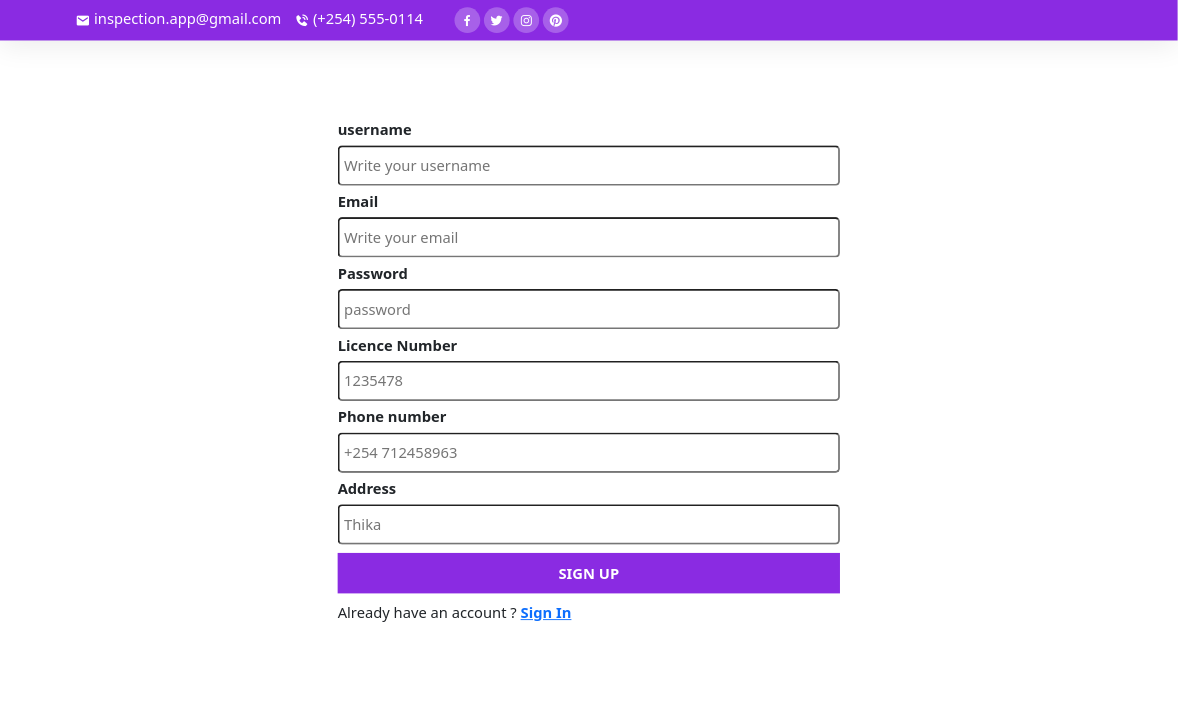
Repository: NDISHAW/Inspectionapp-rails
Page: public/signup.html
The author's editor kept a copy of each file at every save. The page is drawn from the files as they stood at one save, then again after a run of saves.
The browser window is 1280 px wide. The pictures show the whole page, at 92% of full size.

Above is the page before, as saved 2022-10-09 04:19:08.

### public/signup.html
<!DOCTYPE html>
<html lang="en">
  <head>
    <meta charset="UTF-8" />
    <meta http-equiv="X-UA-Compatible" content="IE=edge" />
    <meta name="viewport" content="width=device-width, initial-scale=1.0" />
    <title>Sign up</title>
    <link rel="stylesheet" href="css/style.css">
    <link rel="stylesheet" href="css/bootstrap.min.css">
    <link rel="stylesheet" href="css/owl.carousel.min.css">
    <link rel="stylesheet" href="css/owl.theme.default.min.css">
    <link href='https://unpkg.com/boxicons@2.1.1/css/boxicons.min.css' rel='stylesheet'>

    <script src="/js/axios/dist/axios.min.js"></script>
  </head>
  <body data-bs-spy="scroll" data-bs-target=".navbar" data-bs-offset="70">


      <!-- TOP NAV -->
      <div class="top-nav navbar" id="home">
          <div class="container">
              <div class="row justify-content-between">
                  <div class="col-auto">
                      <p> <i class='bx bxs-envelope'></i> inspection.app@gmail.com</p>
                      <p> <i class='bx bxs-phone-call'></i> (+254) 555-0114</p>
                  </div>
                  <div class="col-auto social-icons">
                      <a href="#"><i class='bx bxl-facebook'></i></a>
                      <a href="#"><i class='bx bxl-twitter'></i></a>
                      <a href="#"><i class='bx bxl-instagram'></i></a>
                      <a href="#"><i class='bx bxl-pinterest'></i></a>
                  </div>
              </div>
          </div>
      </div>
    <section id="about">
      <div class="container">
    <div class="row justify-content-center">
      <div class="col-6 flex">
      <!-- username  -->
      <div class="username">
        <label for="username">username</label>
        <input
          type="username"
          name="username"
          id="username"
          placeholder="Write your username"
        />
      </div>
      <!-- Email  -->
      <div class="email">
        <label for="email">Email</label>
        <input
          type="email"
          name="email"
          id="email"
          placeholder="Write your email"
        />
      </div>
      <!-- passWord -->
      <div class="pass">
        <label for="password">Password</label>
        <input
          type="password"
          name="password"
          id="password"
          placeholder="password"
        />
      </div>
      <!-- licence_no -->
      <div class="pass">
        <label for="licence_no">Licence Number</label>
        <input
          name="licence_no"
          id="licence_no"
          placeholder="1235478"
        />
      </div>

      <!-- phone -->
      <div class="pass">
        <label for="phone">Phone number</label>
        <input
          name="phone"
          id="phone"
          placeholder="+254 712458963"
        />
      </div>

      <!-- address -->
      <div class="pass">
        <label for="address">Address</label>
        <input
          type="address"
          name="address"
          id="address"
          placeholder="Thika"
        />
      </div>
      <!-- Rails button -->
      <!-- <button id="submit-btn" onclick="rails()">Rails test</button> -->
      <!-- Sign Up button -->
      <button id="submit-btn" onclick="signUp();">Sign Up</button>
      <!-- Sign In option -->
      <p>Already have an account ?</p>
      <span><a href="signIn.html">Sign In</a></span>
    </div>
    </div>
    </div>
    </section>
  </div>
    <script src="main.js"></script>
  </body>
</html>

### public/css/style.css
@import url('https://fonts.googleapis.com/css2?family=Barlow:wght@400;500;600;700&display=swap');

:root {
    --brand: blueviolet;
    --dark: #092032;
    --body: #516171;
    --border: rgba(0,0,0,0.08);
    --shadow: 0px 6px 30px rgba(0, 0, 0, 0.08);

}

body {
    font-family: "Barlow", sans-serif;
    color: var(--body);
    line-height: 1.7;
}

h1,h2,h3,h4,h5,h6,
.display-1,.display-2,.display-3,.display-4 {
    font-weight: 700;
    color: var(--dark);
}

.bg-cover {
    background-size: cover;
    background-position: center;
    background-repeat: no-repeat;
}

img {
    width: 100%;
}

a {
    color: var(--dark);
    transition: all 0.4s ease;
    font-weight: 500;
}

a:hover {
    color: var(--brand);
}

section {
    padding-top: 80px;
    padding-bottom: 80px;
}

.text-brand {
    color: var(--brand) !important;
}


.hero-slider .owl-prev,
.hero-slider .owl-next{
    background-color: rgba(255, 255, 255, 0.3) !important;
    width: 60px !important;
    height: 60px !important;
    display: block;
    display: grid;
    place-items: center;
    color: #fff !important;
    border-radius: 100px;
    line-height: 0;
    border-radius: 100px !important;
    position: absolute;
    top: 50%;
    font-weight: 600 !important;
    font-size: 12px !important;
    transition: all 0.4s ease;
    margin-top: -30px !important;
}

.owl-prev {
    left: 0;
}
.owl-next {
    right: 0;
}

.hero-slider .owl-prev:hover,
.hero-slider .owl-next:hover {
    background-color: var(--brand) !important;
}

.owl-dot.active span{
    background-color: var(--brand) !important;
}


 /* slide */
 .slide {
     min-height: 100vh;
     display: flex;
     align-items: center;
     justify-content: center;
     position: relative;
}

.slide1 {
    background: linear-gradient(rgba(0, 0, 0, 0.4), rgba(0, 0, 0, 0.4)), url(../img/mec2.jpg);
    background-size: cover;
    background-position: center;
    background-repeat: no-repeat;
}

.slide2 {
    background: linear-gradient(rgba(0, 0, 0, 0.4), rgba(0, 0, 0, 0.4)), url(../img/world3.jpg);
    background-size: cover;
    background-position: center;
    background-repeat: no-repeat;
}

.slide .display-3 {
    text-transform: uppercase;
    color: #fff;
}

/* navbar */
.top-nav {
    background-color: var(--brand);
    color: #fff;
    padding-top: 5px;
    padding-bottom: 5px;
}

.top-nav p {
    display: inline-block;
    margin-bottom: 0;
    margin-right: 10px;
}

.top-nav span,
.top-nav i {
    vertical-align: middle;
}

.navbar {
    box-shadow: var(--shadow);
}

.social-icons a {
    width: 28px;
    height: 28px;
    display: inline-flex;
    color: #fff;
    background-color: rgba(255, 255, 255, 0.25);
    text-decoration: none;
    align-items: center;
    justify-content: center;
    border-radius: 100px;
}

.social-icons a:hover {
    background-color: #fff;
    color: var(--brand);
}

.navbar .navbar-nav .nav-link {
    color: var(--dark);
}

.navbar .navbar-nav .nav-link:hover {
    color: var(--brand);
}

.navbar .navbar-nav .nav-link.active {
    color: var(--brand);
}

.navbar-brand {
    font-size: 28px;
    font-weight: 700;
}

.navbar-brand .dot {
    color: var(--brand);
}

.btn {
    padding: 8px 26px;
}

.btn-brand {
    border-color: var(--brand);
    background-color: var(--brand);
    color: #fff;
}

.btn-brand:hover {
    background-color: #d64022;
    border-color: #d64022;
    color: #fff;
}

.intro {margin-bottom: 36px;
text-align: center;}

.intro p {
    max-width: 500px;
}
.intro h6{
    color: var(--brand);
    font-weight: 400;
    text-transform: uppercase;
}

.intro h1 {
    margin-top: 15px;
    margin-bottom: 15px;
}

.info-box {
    align-items: center;
    display: flex;
}

.info-box img {
    width: 90px;
}


#milestone {
    background: linear-gradient(rgba(136, 42, 143, 0.85), rgba(48, 181, 123, 0.85)), url(../img/inspe.jpg);
    background-size: cover;
    background-position: center;
    background-repeat: no-repeat;
}

#milestone h1,
#milestone p {
    color: #fff;
}

.service {
    padding: 32px;
    background-color: #fff;
    box-shadow: var(--shadow);
}

.service h5 {
    margin-top: 24px;
    margin-bottom: 14px;
}

.service img {
    width: 90px;
}


.project {
    position: relative;
    overflow: hidden;
    z-index: 2;
}

.project h6 {
    font-weight: 400;
}

.project h6::before {
    content: "";
    height: 2px;
    width: 30px;
    display: inline-block;
    background: var(--brand);
    vertical-align: middle;
    margin-right: 10px;
}


.project .overlay {
    width: 100%;
    height: 220px;
    position: absolute;
    bottom: 0;
    left: 0;
    background: linear-gradient(180deg, rgba(255, 76, 41, 0) 0%, var(--dark) 100%);
}

.project .content {
    position: absolute;
    left: 10%;
    bottom: 10%
}

.project h2,
.project h6 {
    color: #fff;
}

.team-member {
    text-align: center;
}

.team-member .image{
    position: relative;
    z-index: 2;
    overflow: hidden;
}

.team-member .overlay {
    width: 100%;
    height: 100%;
    position: absolute;
    left: 0;
    top: -10%;
    background-color: rgba(255, 77, 41, 0.7);
    opacity: 0;
    transition: all 0.4s ease;
}

.team-member h5 {
    margin-top: 16px;
    margin-bottom: 4px;
}

.team-member .social-icons {
    position: absolute;
    top: 60%;
    left: 50%;
    transform: translate(-50%, -50%);
    z-index: 2;
    opacity: 0;
    transition: all 0.4s ease;
}

.team-member .social-icons a {
    width: 40px;
    height: 40px;
}

.team-member:hover .social-icons {
    top: 50%;
    opacity: 1;
}

.team-member:hover .overlay {
    top: 0%;
    opacity: 1;
}

#reviews {

    background: linear-gradient(-90deg, rgba(8, 32, 50, 0.8), rgba(8, 32, 50, 0.8)), url(../img/imago.jpg), #082032;;
    background-size: cover;
    background-position: center;
    background-repeat: no-repeat;
}

.review {
    text-align: center;
    z-index: 2;
    position: relative;
    margin: 15px;
    max-width: 768px;
    margin: auto;
}

.review .bxs-quote-alt-left {
    font-size: 120px;
    position: absolute;
    opacity: 0.1;
    left: 50%;
    top: 50%;
    transform: translate(-50%, -50%);
    color: #fff;
}

.review img {
    width: 80px !important;
    height: 80px;
    border-radius: 100px;
    margin: auto;
}

.review h5 {
    margin-top: 16px;
    margin-bottom: 4px;
    color: #fff;
}

.review h3 {
    margin-top: 26px;
    margin-bottom: 26px;
    font-size: 22px;
    color: #fff;
    font-weight: 400;
    line-height: 1.7;
}

.review small {
    color: var(--brand);
}

.review .stars {
    color: var(--brand);
}

.blog-post {
    position: relative;
    background-color: #fff;
    box-shadow: var(--shadow);
}

.blog-post .content {
    padding: 32px;
}

.blog-post a {
    position: absolute;
    top: 20px;
    left: 20px;
    background-color: var(--brand);
    padding: 2px 12px;
    border-radius: 100px;
    text-decoration: none;
    color: #fff;
}

.blog-post h5 {
    margin-top: 12px;
    margin-bottom: 12px;
}

.blog-post small {
    text-transform: uppercase;
    color: var(--brand);
    text-decoration: underline;
}

footer {
    background: linear-gradient(0deg, rgba(8, 32, 50, 0.9), rgba(8, 32, 50, 0.9)), url(../img/teammech.jpg), #082032;;
    background-size: cover;
    background-position: center;
    background-repeat: no-repeat;
}

footer .footer-top {
    padding-top: 80px;
    padding-bottom: 40px;
}

.footer-bottom {
    border-top: 1px solid rgba(255, 255, 255, 0.1);
    padding-bottom: 20px;
    padding-top: 20px;
}

footer .navbar-brand {
    color: #fff;
}

footer p {
    color: #ADB3B9;
}

footer .social-icons a {
    width: 50px;
    height: 50px;
    font-size: 20px;
    margin-left: 4px;
    margin-right: 4px;
}

.loader {
    min-height: 100vh;
    display: flex;
    align-items: center;
    justify-content: center;
    background-color: red;
    z-index: 99999;
    position: fixed;
    left: 0;
    right: 0;
}


input.form-control {
    border-color: transparent;
    height: 44px;
}

.form-control {
    background-color: rgba(0, 0, 0, 0.04);
    border-color: rgba(0, 0, 0, 0.04);;
}

.form-control:focus {
    box-shadow: none;
    border-color: var(--brand);
}
.form {
    width: 400px;
    border-radius: 5px;
    background-color: white;
    height:fit-content;
    padding: 5px 10px;
    background-color: #9633FF;
}
label {
    display: block;
    font-weight: bolder;
    margin: 5px 0px;
}

input {
    width: 100%;
    padding: 8px 5px;
    border-radius: 5px;
    margin-bottom: 10px;
}

#submit-btn {
    border: none;
    background-color: blueviolet;
    width: 100%;
    padding: 10px 8px;
    color: white;
    font-weight: bolder;
    text-transform: uppercase;
    cursor: pointer;
    margin: 9px 0px;
}

p {
    font-size: 16px;
    border-radius: 10px;
    cursor: pointer;
    display: inline-block;
}

a {
    text-decoration: none;
    font-weight: bolder;
}


/*@import url(https://fonts.googleapis.com/css?family=Roboto:400,300,500);*/
*:focus {
    outline: none;

}

### public/main.js
// // setting up firebase with our website
// const firebaseApp = firebase.initializeApp({
//         apiKey: "AIzaSyDF9DKF44fhzBzk5fZB5Mk4_21q4Ey2kxQ",
//         authDomain: "inspection-e4bf7.firebaseapp.com",
//         projectId: "inspection-e4bf7",
//         storageBucket: "inspection-e4bf7.appspot.com",
//         messagingSenderId: "94545597565",
//         appId: "1:94545597565:web:9e1d12415061541a4ecd14",
//         measurementId: "G-P207FELWW2"
//       });
// const db = firebaseApp.firestore();
// const auth = firebaseApp.auth();

// Sign up function
// function signUp(){
//     //DOM manupilation
//     const email = document.getElementById("email").value;
//     const password = document.getElementById("password").value;
//     const phone = document.getElementById("phone").value;
//     const licence_no = document.getElementById("licence_no").value;
//     const address = document.getElementById("address").value;
//     console.log(email, password)
//     // firebase code
//     firebase.auth().createUserWithEmailAndPassword(email, password)
//         .then((result) => {
//             // Signed in
//             document.write("You are Signed Up")
//             window.location = "dashboard.html";
//             console.log(result)
//             // ...
//         })
//         .catch((error) => {
//             console.log(error.code);
//             console.log(error.message)
//             // ..
//         });
// }




// Sign In function
// const username = document.getElementById("username").value;
// const password = document.getElementById("password").value;

function signIn() {
    const username = document.getElementById("username").value;
    const password = document.getElementById("password").value;
    // firebase code
    // firebase.auth().signInWithEmailAndPassword(email, password)
    axios
        .post("http://localhost:3000/api/login", {
            password: password,
            username: username,
            // phone: phone,
            // licence_no: licence_no,
            // address: address,
        })
        .then((result) => {
            // Signed in
            document.write("You are Signed In");
            // window.location = "form.html";
            window.location = "dashboard.html";

            console.log(result);
        })
        .catch((error) => {
            console.log(error.code);
            console.log(error.message);
        });
}

function signUp() {
  const username = document.getElementById("username").value;
  const email = document.getElementById("email").value;
  const password = document.getElementById("password").value;const phone = document.getElementById("phone").value;const licence_no = document.getElementById("licence_no").value;const address = document.getElementById("address").value;
  // firebase code
  // firebase.auth().signInWithEmailAndPassword(email, password)
  axios
    .post("http://localhost:3000/api/signup", {
      username: username,
      password: password,
      phone: phone,
      licence_no: licence_no,
      address: address,
      email: email,
    })
    .then((result) => {
      // Signed in
      document.write("You are Signed Up");
      // window.location = "form.html";
      window.location = "dashboard.html";

      console.log(result);
    })
    .catch((error) => {
      console.log(error.code);
      console.log(error.message);
    });
}

Loaded but not shown: public/css/bootstrap.min.css (library); public/css/owl.carousel.min.css (library); public/css/owl.theme.default.min.css (common file); public/js/axios/dist/axios.min.js (library)

After the next 2 saves:
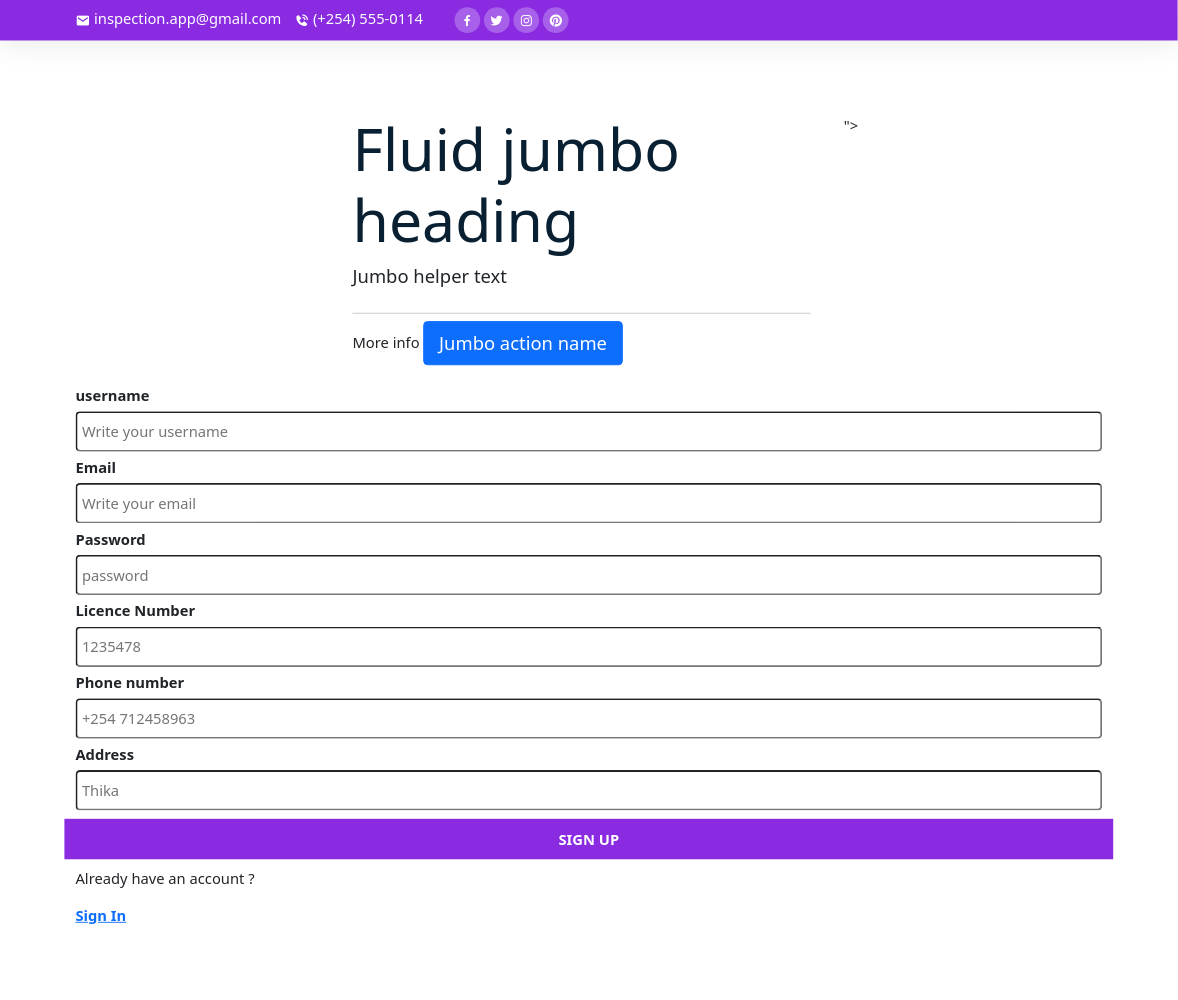
The 2 saves are shown as one change because they came seconds apart.
The last was saved 10 s later.
--- a/public/signup.html
+++ b/public/signup.html
@@ -36,7 +36,17 @@
     <section id="about">
       <div class="container">
     <div class="row justify-content-center">
-      <div class="col-6 flex">
+      <div class="col-6 <div class="jumbotron jumbotron-fluid">
+        <div class="container">
+          <h1 class="display-3">Fluid jumbo heading</h1>
+          <p class="lead">Jumbo helper text</p>
+          <hr class="my-2">
+          <p>More info</p>
+          <p class="lead">
+            <a class="btn btn-primary btn-lg" href="Jumbo action link" role="button">Jumbo action name</a>
+          </p>
+        </div>
+      </div>">
       <!-- username  -->
       <div class="username">
         <label for="username">username</label>

After the save that followed:
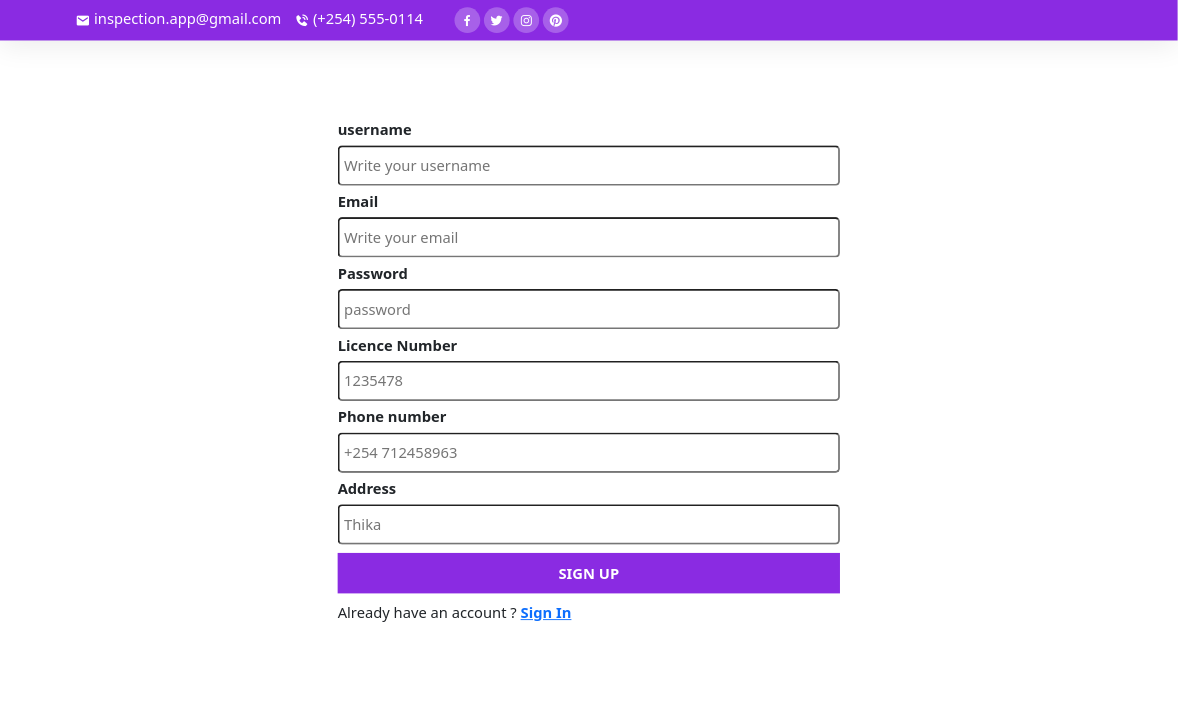
Saved 7 s later.
--- a/public/signup.html
+++ b/public/signup.html
@@ -36,17 +36,7 @@
     <section id="about">
       <div class="container">
     <div class="row justify-content-center">
-      <div class="col-6 <div class="jumbotron jumbotron-fluid">
-        <div class="container">
-          <h1 class="display-3">Fluid jumbo heading</h1>
-          <p class="lead">Jumbo helper text</p>
-          <hr class="my-2">
-          <p>More info</p>
-          <p class="lead">
-            <a class="btn btn-primary btn-lg" href="Jumbo action link" role="button">Jumbo action name</a>
-          </p>
-        </div>
-      </div>">
+      <div class="col-6 fluid">
       <!-- username  -->
       <div class="username">
         <label for="username">username</label>
